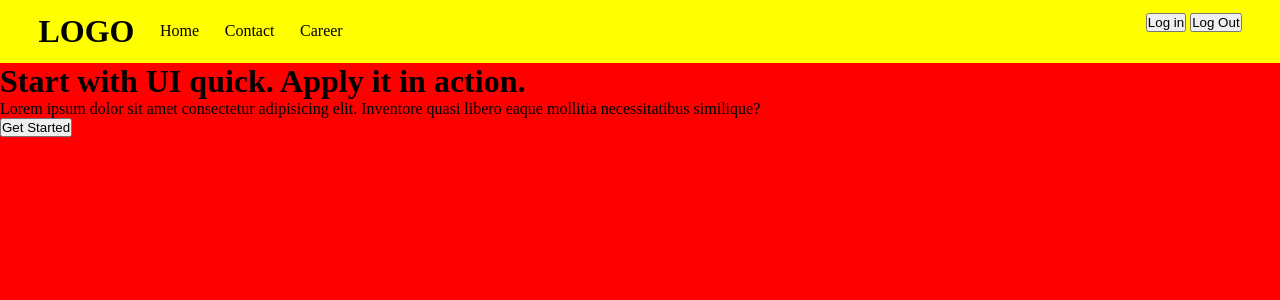
Repository: Ashishchakravartii/landingPage
Page: index.html
An editor plug-in stored every save of this project. The page is shown before and after the next save, followed by the edit.
The browser window is 1280 px wide. The pictures show the whole page.

Above is the page before, as saved 2024-07-24 12:34:11.

### index.html
<!DOCTYPE html>
<html lang="en">
  <head>
    <meta charset="UTF-8" />
    <meta name="viewport" content="width=device-width, initial-scale=1.0" />
    <title>Document</title>
    <link rel="stylesheet" href="style.css">
  </head>
  <body>
    <div class="main">
     <div class="navBar">
        <div class="navLeft">
        <h1>LOGO</h1>
        <a href="">Home</a>
        <a href="">Contact</a>
        <a href="">Career</a>
        </div>

        <div class="navRight">
            <button>Log in</button>
            <button>Log Out</button>
        </div>
     </div>
     <div class="bottomSec">
        <div class="bottomLeft">
            <h1>Start with UI quick. Apply it in action.</h1>
            <p>Lorem ipsum dolor sit amet consectetur adipisicing elit. Inventore quasi libero eaque mollitia necessitatibus similique?</p>
            <button>Get Started</button>
        </div>
        <div class="bottomRight"></div>
     </div>

    </div>
  </body>
</html>

### style.css
*{
    margin: 0;
    padding: 0;
    box-sizing: border-box;
}
html,
body{
    width: 100%;
    height: 100%;
}

.main{
    width: 100vw;
    height: 100vh;
    background-color: red;
}
.navBar{
    width: 100%;
    background-color: yellow;
    display: flex;
    justify-content: space-between;
    padding: 1vmax 3vmax;
}
.navLeft{
    display: flex;
    gap: 2vmax;
    align-items: center;
}
.navLeft>a{
    text-decoration: none;
    color: black;
}

.navRight

After the next save:
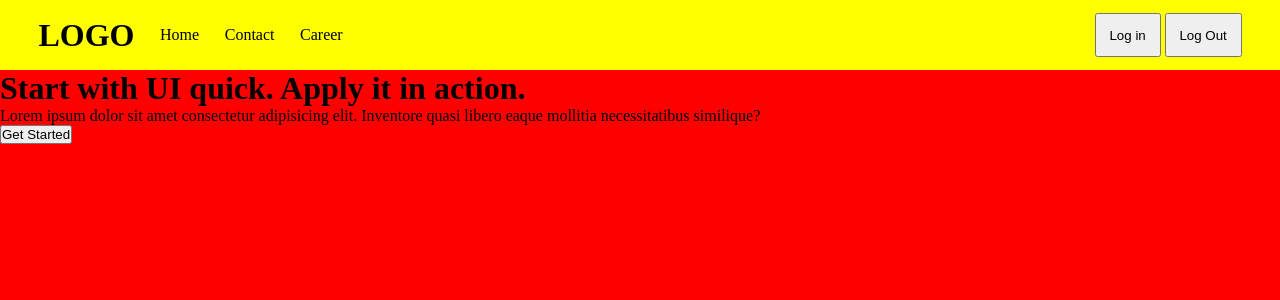
Saved 6 s later.
--- a/style.css
+++ b/style.css
@@ -31,4 +31,6 @@ body{
     color: black;
 }
 
-.navRight
+.navRight>button{
+    padding: 1vmax;
+}
